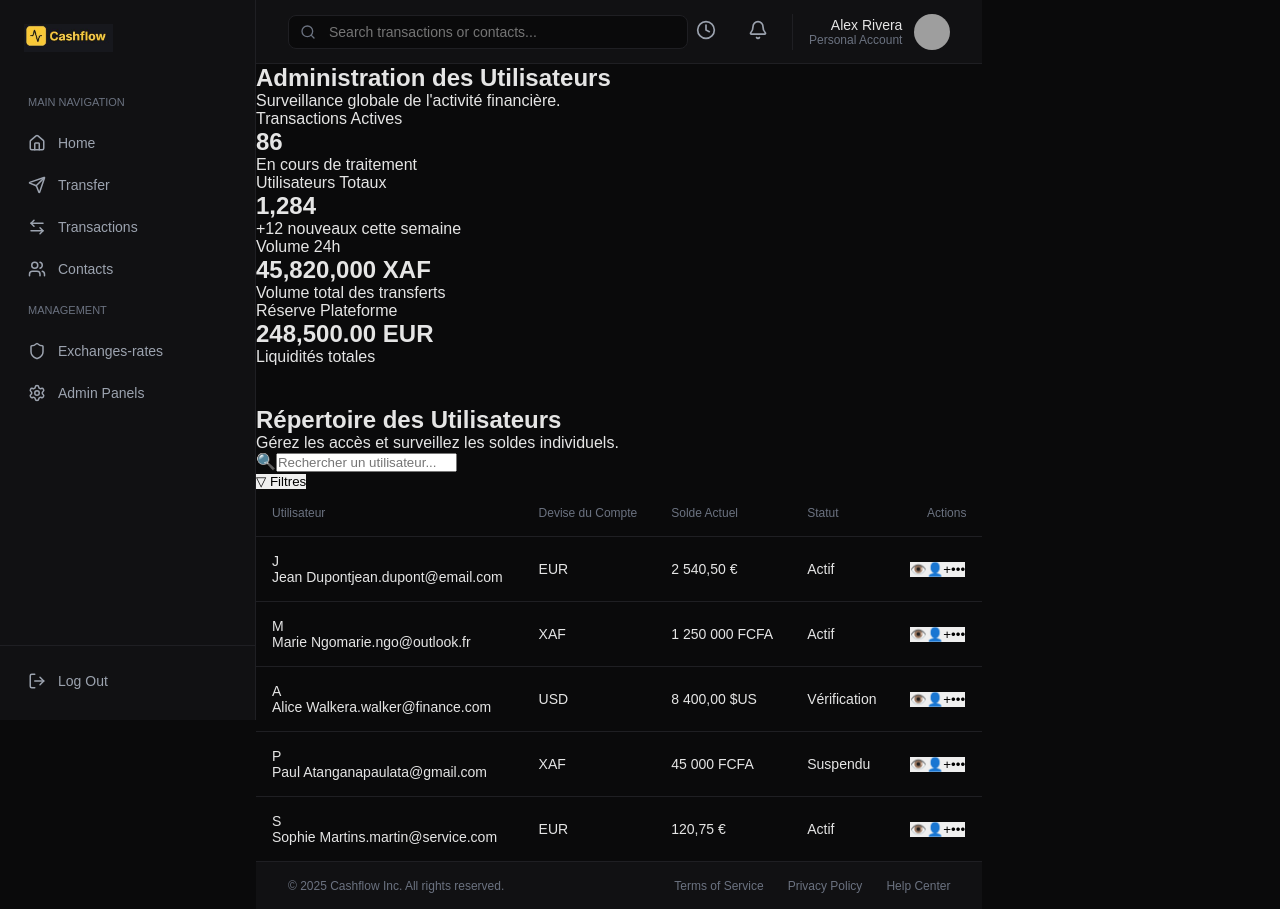
Repository: laetitiamaelle/GROUEPE5_PROGRAMMATIONWEBII_PLATEFORME_DE_TRANSFERT_MULTIDEVISE
Page: /dashboard
An editor plug-in stored every save of this project. The page is shown before and after the next save, followed by the edit.
The browser window is 1280 px wide. The pictures show the whole page.
Pictures or frames that could not be fetched are drawn as grey boxes. The project was rebuilt for these pictures with package versions that can differ from the ones it lists, and the page was loaded fresh each time. The framework's server and built-in components were replaced by stand-ins that run in the browser. Also part of the build but not shown: next.config.ts.

Above is the page before, as saved 2026-05-21 09:43:51.

After the next save:
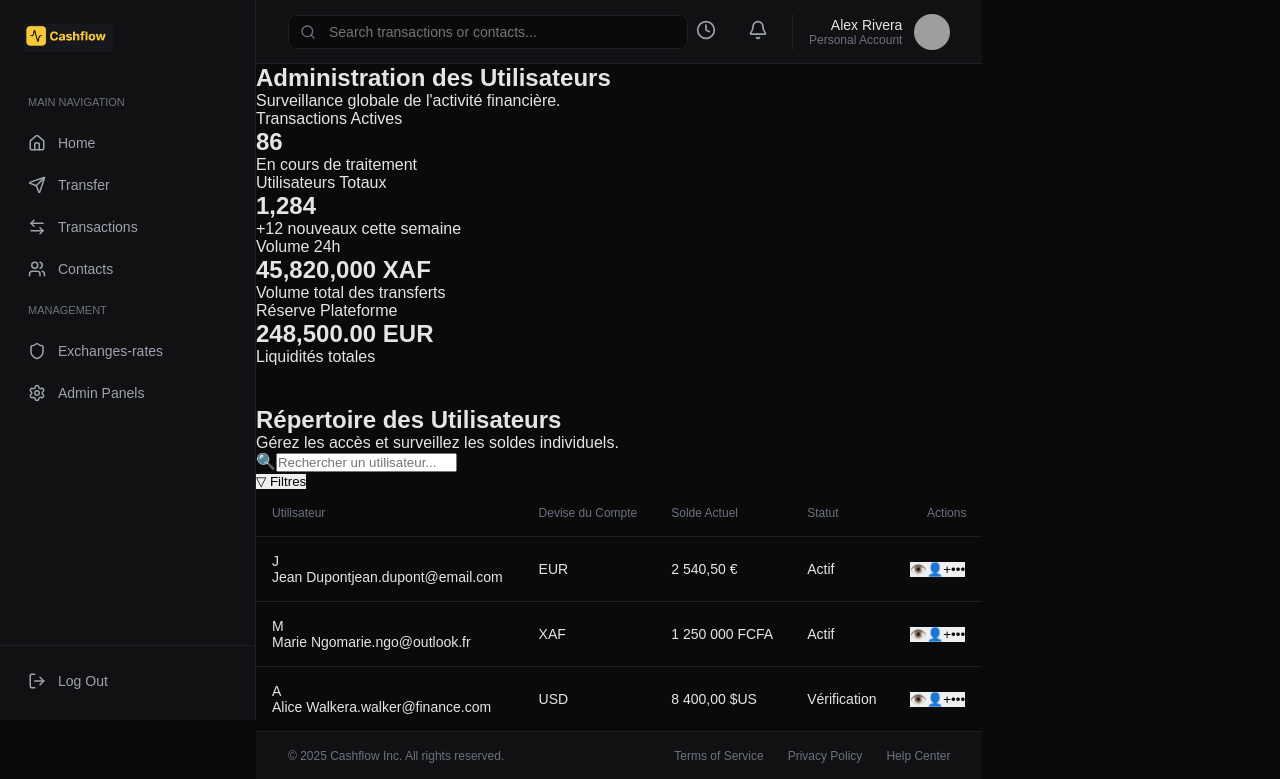
Saved 25 min 44 s later.
--- a/components/UserTable.tsx
+++ b/components/UserTable.tsx
@@ -4,8 +4,6 @@ const users = [
   { id: 1, name: "Jean Dupont", email: "jean.dupont@email.com", currency: "EUR", balance: "2 540,50 €", status: "Actif" },
   { id: 2, name: "Marie Ngo", email: "marie.ngo@outlook.fr", currency: "XAF", balance: "1 250 000 FCFA", status: "Actif" },
   { id: 3, name: "Alice Walker", email: "a.walker@finance.com", currency: "USD", balance: "8 400,00 $US", status: "Vérification" },
-  { id: 4, name: "Paul Atangana", email: "paulata@gmail.com", currency: "XAF", balance: "45 000 FCFA", status: "Suspendu" },
-  { id: 5, name: "Sophie Martin", email: "s.martin@service.com", currency: "EUR", balance: "120,75 €", status: "Actif" },
 ];
 
 export default function UserTable() {
